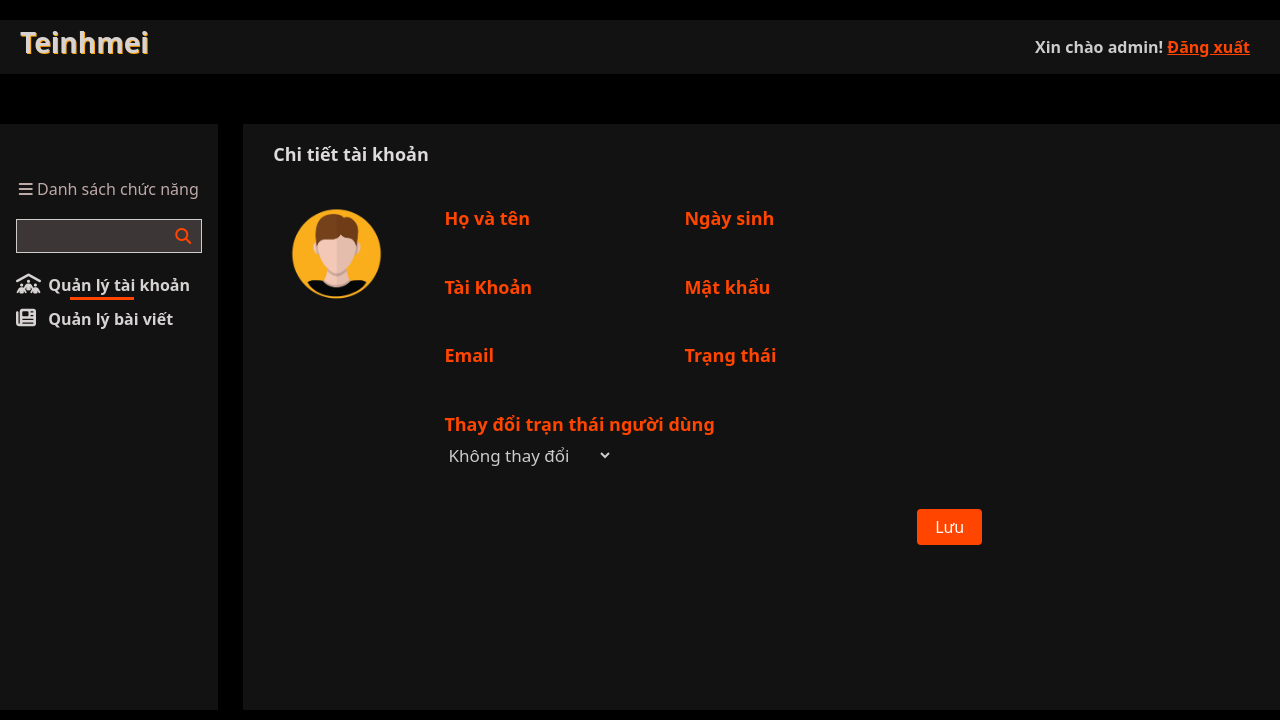
Repository: 29ieH/schedule-manager
Page: http://localhost/quanlythoigian/views/admin/edituser.jsp
The author's editor kept a copy of each file at every save. The page is drawn from the files as they stood at one save, then again after the next save.
The browser window is 1280 px wide. The pictures show the whole page.
The page is served by Tomcat 9. Nobody is signed in. The application's start-up code is not run. Other server files are loaded and not shown.

Above is the page before, as saved 2023-12-26 15:59:32.

### quanlythoigian/src/main/webapp/views/admin/edituser.jsp
<%@ page language="java" contentType="text/html; charset=UTF-8"
    pageEncoding="UTF-8"%>
    <%@include file = "../../util/taglib.jsp"%>
     <%@include file = "../../util/libweb.jsp"%>
<!DOCTYPE html>
<html>
<head>
<meta charset="UTF-8">
<title>Insert title here</title>
</head>
<c:set var ="result" value ="${applicationScope.listResult}"/>
<%
	session = request.getSession(false);
	if(session!=null){
%>
<body style="background-color: black;">
    <div class="web">
        <div class="width-1280">
            <div  id ="div__error-mess" class="error__edit-mess">
                <button id = "div__error-close" class="error__edit-mess--close">
                    <i class="fa-regular fa-circle-xmark"></i>
                </button>
                <h5 class="error__edit-mess--heading">
                    Thông Báo !
                </h5>
                <p class="error__edit-mess--text">
                    aaaabcdefghaaaaaaaaaaaaaaaaaaaaaaaaaaaaaaaaaaaaaaaaaaaaaaaaaaaaaaaaaaaaaaaaaaaaaaaaaaaaaaaaaaaaaaaaaaaaaaaaaaaaaaaaaaaaaaaaaa
                </p>
            </div>
        <div class="header">
            <div style="margin-top: 20px;" class="header__navbar">
                <ul class="header__navbar--list">
                        <h3 class="header__logo">Teinhmei</h3>
                </ul>
                <ul class="header__navbar--list">
                    <li style="color: #ccc; font-weight: 700;" class="header__navbar--item">
                        Xin chào admin! <a style ="color: orangered;" href="<c:url value="/a-dang-xuat"/>">Đăng xuất</a>
                    </li>
                </ul>
            </div>
        </div>
        <div class="hu-content m-h">
        <div class="dashboard">
            <h6 class="dashboard__heading"> <i class="fa-solid fa-bars"></i> Danh sách chức năng</h6>
            <div style="margin-bottom: 20px;" class="dashboard__search">
                <input class="dashboard__search--input" type="text" name="" id="">
                <a class="dashboard__search--link "  href=""><i class="color-2 dashboard__search--icon fa-solid fa-magnifying-glass"></i></a>
            </div>
            <ul class="dashboard__list">
                <li class="dashboard__item tkb">
                    <a class="dashboard__item--link" href="">
                        <i class="dashboard__item--icon fa-solid fa-people-roof"></i>
                        Quản lý tài khoản
                    </a>
                    <div class="tkb-underline"></div>
                </li>
                <li id="sukien" class="dashboard__item sukien">
                    <a class="dashboard__item--link" href="indexevent.html">
                        <i class="dashboard__item--icon fa-solid fa-newspaper"></i>
                    Quản lý bài viết
                    </a>
                </li>
            </ul>
        </div>
        <div  style="padding: 20px 30px;" class="hu-body">
            <h6 class="a-table__heading">Chi tiết tài khoản</h6>
            <form action="<c:url value = "/a-edit-userz"/>" id="myForm">
            	<input type="hidden" name = "id" value ="${result.idNguoiDung}">
                <div class="a_form--user">
                    <img src="<c:url value="/img/usernam.png"/>" alt="" class="a_form--img">
                    <div class="a_form--info">
                        <ul class="a_form--list">
                            <li class="a_form--item">
                                <div class="r">
                                    <div class="w-260px">
                                        <span>Họ và tên</span>
                                        <input class="a_form--input" type="text" value="${result.hoVaTen}" name="hoVaTen">
                                        <div id="error-thoiGianBatDau" class="mess_error"></div>
                                    </div>
                                    <div class="w-260px">
                                    <span>Ngày sinh</span>
                                    <input class="a_form--input w-260px" type="text" value="${result.ngaySinh}" name="ngaySinh">
                                    <div id="error-thoiGianBatDau" class="mess_error"></div>
                                    </div>
                                </div>
                                <div class="r">
                                <div class="w-260px">
                                    <span>Tài Khoản</span>

                                <input class="a_form--input w-260px" type="text" value="${result.taiKhoan}" name="taiKhoan">
                                <div id="error-thoiGianBatDau" class="mess_error"></div>
                                </div>
                                <div class="w-260px">
                                    <span>Mật khẩu</span>

                                <input class="a_form--input w-260px" type="text" value="${result.matKhau}" name="matKhau">
                                <div id="error-thoiGianBatDau" class="mess_error"></div>
                                </div>
                            </div>
                            <div class="r">
                                <div class="w-260px">
                                    <span>Email</span>

                                <input class="a_form--input w-260px" type="email" value="${result.email}" name="email">
                                <div id="error-thoiGianBatDau" class="mess_error"></div>
                                </div>
                                <div class="w-260px">
                                    <span>Trạng thái</span>
                                	<c:if test="${result.status==1}">
                                	<c:set var = "status" value="Đang hoạt động"/>
                                	</c:if>
                                	<c:if test="${result.status==0}">
                                	<c:set var = "status" value="Tạm khóa"/>
                                	</c:if>
                                    <input class="a_form--input w-260px" type="text" value="${status}" name="status">
                                    <div id="error-thoiGianBatDau" class="mess_error"></div>
                                    </div>

                            </div>
                            <div>
                                <span>Thay đổi trạn thái người dùng</span>

                                <div>
                                <select class="a_form--input w-176px" aria-label="Default select example" name="editStatus">
                                    <option value="2">Không thay đổi</option>
                                    <option value="1">Mở khóa tài khoản</option>
                                    <option value="0">Khóa tài khoản</option>
                                  </select>
                                  </div>

                            </div>
                            </li>
                        </ul>
                    </div>
                </div>
                <input style="margin-left: 644px;" class="a-table__submit" type="submit" value="Lưu">
            </form>
        </div>
    </div>
        </div>
    </div>
</body>
<% } else {
	response.sendRedirect("/quanlythoigian/views/dangnhap.jsp");
} %>
</html>

### quanlythoigian/src/main/webapp/util/taglib.jsp
   <%@ taglib prefix = "c" uri = "http://java.sun.com/jsp/jstl/core" %>
     <link rel="stylesheet" href="<c:url value ="/css/base.css"/>">
    <link rel="stylesheet" href="<c:url value ="/css/main.css"/>">

### quanlythoigian/src/main/webapp/util/libweb.jsp
	<link href="https://cdn.jsdelivr.net/npm/bootstrap@5.2.3/dist/css/bootstrap.min.css" rel="stylesheet" integrity="sha384-rbsA2VBKQhggwzxH7pPCaAqO46MgnOM80zW1RWuH61DGLwZJEdK2Kadq2F9CUG65" crossorigin="anonymous">
    <script src="https://cdn.jsdelivr.net/npm/@popperjs/core@2.11.6/dist/umd/popper.min.js" integrity="sha384-oBqDVmMz9ATKxIep9tiCxS/Z9fNfEXiDAYTujMAeBAsjFuCZSmKbSSUnQlmh/jp3" crossorigin="anonymous"></script>
    <script src="https://cdn.jsdelivr.net/npm/bootstrap@5.2.3/dist/js/bootstrap.min.js" integrity="sha384-cuYeSxntonz0PPNlHhBs68uyIAVpIIOZZ5JqeqvYYIcEL727kskC66kF92t6Xl2V" crossorigin="anonymous"></script>
    <link rel="stylesheet" href="https://cdnjs.cloudflare.com/ajax/libs/font-awesome/6.4.2/css/all.min.css" integrity="sha512-z3gLpd7yknf1YoNbCzqRKc4qyor8gaKU1qmn+CShxbuBusANI9QpRohGBreCFkKxLhei6S9CQXFEbbKuqLg0DA==" crossorigin="anonymous" referrerpolicy="no-referrer" />

### quanlythoigian/src/main/webapp/css/main.css
ul{
    margin: 0;
}
li{
    list-style: none;
}
.color-2{
    color: orangered;
}
.color-1{
    color: rgb(215, 211, 211);
}
.color-3{
    color: #0000;
}
.color-util{
    color: #d79e9e !important;
}
.color-input{
   background-color: rgb(215, 211, 211) !important;
}
.w-138px{
	width : 138px;
}
.w-244px{
	width : 244px;
}
.w-284px{
	width : 284px;
}
.w-320px{
    width: 320px;
}
.width-1280{
    width: 1380px;
}
.f-13{
    font-size: 13px !important;
}
.web{
    display: flex;
    align-items: center;
    justify-content: center;
}
.modal{
    position: fixed;
    top: 0;
    right: 0;
    left: 0;
    bottom: 0;
    background-color: rgba(0, 0, 0, 0.7);
    display: flex;
    align-items: center;
    justify-content: center;
}
body{
    margin: 0;
}
.row-body{
    display: flex;
    align-items: center;
    justify-content: center;
}
.m-t-40{
    margin-top: 40px;
}
.m-t-10{
    margin-top: 10px;
}
.m-b-10{
    margin-bottom: 10px;
}
.m-r-20{
    margin-right: 20px;
}
.m-l-30{
    margin-left: 30px;
}
.m-r-10{
    margin-right: 10px;
}
.pd-b-40{
    padding-bottom: 40px;
}
.w-210px{
    width: 210px !important;
}
.w-156px{
    width: 156px !important;
}
.reset-margin{
    margin: 0 !important;
}
.w-260px{
    width: 240px !important;
}
.w-280px{
    width: 280px;
}
.row{
    display: flex;
    justify-content: space-between;
    padding: 20px 30px;
}
.r{
    display: flex;
}
.pd-6{
    padding: 6px !important;
}
.mess_error{
    color: red;
    font-weight: 600;
    font-size: 15px;
    overflow-wrap: break-word;
    margin-top: 4px;
}
.bg-p{
    background-color: rgb(19, 18, 18) !important;
}
.btn-submit{
    padding: 2px 14px;
    border-radius: 4px;
    background-color: orangered;
    color: #ffff;
}
.btn-submit:hover{
    background-color: rgb(255, 30, 0);
}
  .btn{
    cursor: pointer;
    padding: 0 !important;
  }
    .error__edit-mess{
    width: 446px;
    background-color: #3c3636;
    border-radius: 12px;
    position: absolute;
    padding: 10px 20px;
    right: 35.3%;
    transition: top 0.5s;
    top: -100%;
    /* top: 32px; */
  }
  .error__edit-mess--heading{
    color: orangered;
    text-shadow: 1px 1px #141414;
    text-align: center;
  }
  .error__edit-mess--text{
    color: #c7c1c1;
    text-align: center;
    margin: 0;
    font-size: 17px;
    text-shadow: 1px 1px #5d4a4a;
    overflow-wrap: break-word;
  }
  .error__edit-mess--close{
    background-color: #3c3636;
    border: none;
    position: absolute;
    right: 0px;
    top: 0px;
    font-size: 20px;
    border-radius: 10px;
    color: #f7a2a2;
  }
  .error__edit-mess--close:hover{
    color: #937878;
  }
  .m-h{
  	    min-height: 586px;
  }
  .pagination{
    --bs-pagination-bg: black !important;
    --bs-pagination-color: orange !important;
    --bs-pagination-active-bg: #FF5722 !important;
  	--bs-pagination-active-border-color: #dee2e6 !important;
	--bs-pagination-hover-color: #FF5722 !important;

  }

Loaded but not shown: quanlythoigian/src/main/webapp/css/base.css (1142 lines, source omitted)

After the next save:
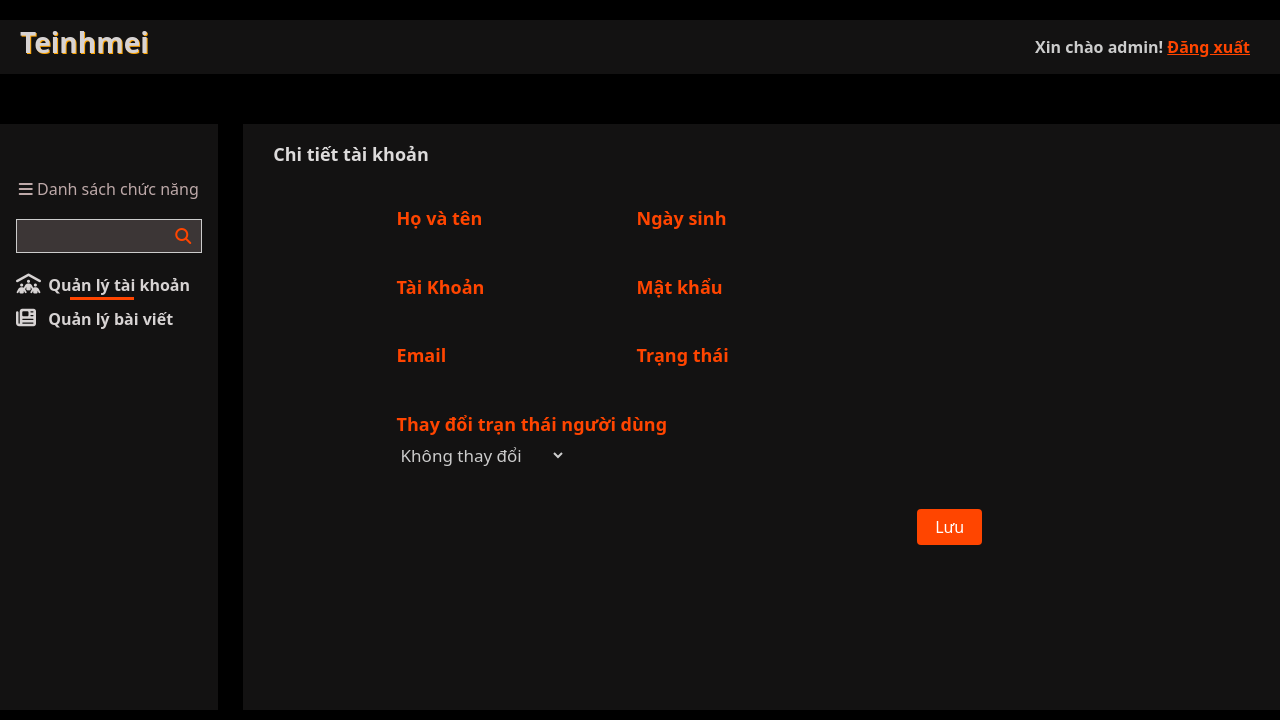
Saved 2 min 36 s later.
--- a/quanlythoigian/src/main/webapp/views/admin/edituser.jsp
+++ b/quanlythoigian/src/main/webapp/views/admin/edituser.jsp
@@ -67,7 +67,12 @@
             <form action="<c:url value = "/a-edit-userz"/>" id="myForm">
             	<input type="hidden" name = "id" value ="${result.idNguoiDung}">
                 <div class="a_form--user">
-                    <img src="<c:url value="/img/usernam.png"/>" alt="" class="a_form--img">
+                <c:if test="${result.goiTinh=='Nữ'}{">
+                <img src="<c:url value="/img/nuuser.png"/>" alt="" class="a_form--img">
+                </c:if>
+                <c:if test="${result.goiTinh=='Nam'}{">
+                <img src="<c:url value="/img/usernam.png"/>" alt="" class="a_form--img">
+                </c:if>
                     <div class="a_form--info">
                         <ul class="a_form--list">
                             <li class="a_form--item">
